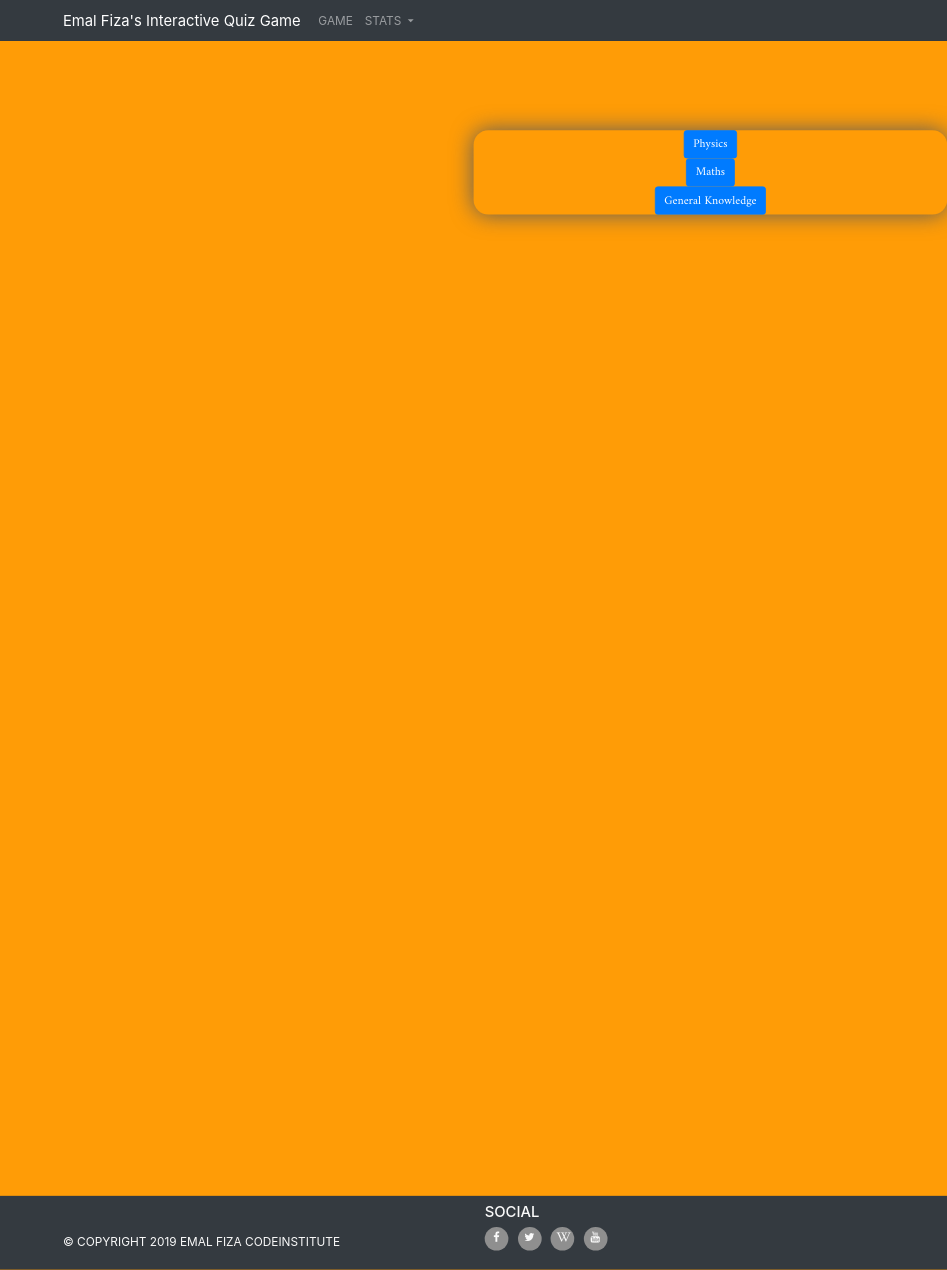
Repository: emalfiza/interactive-quiz-game
Page: index.html
The author's editor kept a record of every edit. The page is drawn from the files as they stood at one moment, then again after the next edit.
The browser window is 1280 px wide. The pictures show the whole page, at 74% of full size.
Some web fonts or font styles are not loaded; a fallback is used. Some web libraries are served in a nearby version.

Above is the page before.
Console error: TypeError: $(...).scrollspy is not a function

### index.html
<!DOCTYPE html>
<html lang="en">

<head>
    <meta charset="UTF-8">
    <meta name="viewport" content="width=device-width, initial-scale=1.0">
    <meta http-equiv="X-UA-Compatible" content="ie=edge">
    <!-- font awesome library -->
    <link rel="stylesheet" href="https://stackpath.bootstrapcdn.com/font-awesome/4.7.0/css/font-awesome.min.css" type="text/css">
    <!-- Bootstrap CDN -->
    <link rel="stylesheet" href="https://stackpath.bootstrapcdn.com/bootstrap/4.3.1/css/bootstrap.min.css" integrity="sha384-ggOyR0iXCbMQv3Xipma34MD+dH/1fQ784/j6cY/iJTQUOhcWr7x9JvoRxT2MZw1T" crossorigin="anonymous">
    <!-- local style sheet link to my css file comes after to make sure it render over bootstrap style -->
    <link rel="stylesheet" href="assets/css/style.css" type="text/css" />
    <title>Ineractive Quiz Game</title>
</head>

<body>
    <!-- Bootstrap navbar to hold the nav bar for the page -->
    <header>
        <nav id="mainNav" class="navbar navbar-expand-md bg-dark navbar-dark fixed-top">
            <div class="container">
                <a class="navbar-brand" href="#">Emal Fiza's Interactive Quiz Game</a>

                <!-- Toggler/collapsibe Button -->
                <button class="navbar-toggler" type="button" data-toggle="collapse" data-target="#collapsibleNavbar">
		        <span class="navbar-toggler-icon"></span>
		        </button>

                <!-- Navbar links -->
                <div class="collapse navbar-collapse" id="collapsibleNavbar">
                    <ul class="navbar-nav">
                        <li class="nav-item">
                            <a class="nav-link" href="game">GAME</a>
                        </li>
                        <li class="nav-item dropdown">
                            <a class="nav-link dropdown-toggle" data-toggle="dropdown" href="#">STATS
							<span class="caret"></span></a>
                            <ul class="dropdown-menu">
                                <li><a class="dropdown-item" href="#">Correct Answers</a></li>
                                <li><a class="dropdown-item" href="#">Incorrect Answers</a></li>
                            </ul>
                        </li>
                    </ul>
                </div>
            </div>
        </nav>
    </header>

    <!-- Main Bootstrap class padding 5 to hold the main content of the game -->
    <main class="pt-5">

        <!-- section to hold content for quiz game -->
        <section id="game" class="min-vw-100 min-vh-100">
            <!-- Bootsttrap predefined button class from the bootstarp ducomentation -->
            <div id="center">
                <button id="physics" type="button" class="btn btn-primary">Physics</button>
                <button id="maths" type="button" class="btn btn-primary">Maths</button>
                <button id="general" type="button" class="btn btn-primary">General Knowledge</button>
            </div>
            <div id="fullQuiz">
                <div>
                    <h1 id="heading1">TAKE THE QUIZ</h1>
                    <button id="startButton" type="button">Start!</button>
                </div>
                <div id="quizDiv">
                </div>
            </div>
        </section>

        <!-- section to hold content for stats of the game -->
        <section id="stats" class="min-vw-100 min-vh-100">

        </section>
    </main>

    <!--Footer html codes copy pasted from my Stream One Project: User-Centric Frontend Development - project-kabul Code Institute-->
    <footer class="container-fluid footer">
        <div class="container">
            <div class="row">
                <div class="col-sm-6">
                    <p class="uppercase general-sub special">&copy; Copyright 2019 Emal Fiza CodeInstitute</p>
                </div>
                <div class="col-sm-6">
                    <h5 class="uppercase general-sub">Social</h5>
                    <ul class="list-inline social-links">
                        <li class="list-inline-item">
                            <a target="_blank" href="https://www.facebook.com/places/Things-to-do-in-Kabul-Afghanistan/102164239825190/">
              <i class="fa fa-facebook" aria-hidden="true"></i>
              <span class="sr-only">Facebook</span>
            </a>
                        </li>
                        <li class="list-inline-item">
                            <a target="_blank" href="https://twitter.com/kabulnewstv">
              <i class="fa fa-twitter" aria-hidden="true"></i>
              <span class="sr-only">Twitter</span>
            </a>
                        </li>
                        <li class="list-inline-item">
                            <a target="_blank" href="https://en.wikipedia.org/wiki/Kabul">
              <i class="fa fa-wikipedia-w" aria-hidden="true"></i>
              <span class="sr-only">Wikipedia</span>
            </a>
                        </li>
                        <li class="list-inline-item">
                            <a target="_blank" href="https://www.youtube.com/watch?v=JuWQ4T8p5m0">
              <i class="fa fa-youtube" aria-hidden="true"></i>
              <span class="sr-only">YouTube</span>
            </a>
                        </li>
                    </ul>
                </div>
            </div>
        </div>

    </footer>

    <!-- Adding bootstrap javascript files and Jquery files -->
    <script src="https://code.jquery.com/jquery-3.4.1.min.js" integrity="sha256-CSXorXvZcTkaix6Yvo6HppcZGetbYMGWSFlBw8HfCJo=" crossorigin="anonymous">
    </script>
    <script src="https://cdnjs.cloudflare.com/ajax/libs/popper.js/1.14.7/umd/popper.min.js" integrity="sha384-UO2eT0CpHqdSJQ6hJty5KVphtPhzWj9WO1clHTMGa3JDZwrnQq4sF86dIHNDz0W1" crossorigin="anonymous">
    </script>
    <script src="https://stackpath.bootstrapcdn.com/bootstrap/4.3.1/js/bootstrap.min.js" integrity="sha384-JjSmVgyd0p3pXB1rRibZUAYoIIy6OrQ6VrjIEaFf/nJGzIxFDsf4x0xIM+B07jRM" crossorigin="anonymous">
    </script>
    <script src="https://code.jquery.com/jquery-3.1.0.js" integrity="sha256-slogkvB1K3VOkzAI8QITxV3VzpOnkeNVsKvtkYLMjfk=" crossorigin="anonymous">
    </script>
    <!-- Local JavaScript files links -->
    <script type="text/javascript" src="assets/js/main.js">
    </script>
    <script type="text/javascript" src="assets/js/questions.js">
    </script>
    <script type="text/javascript" src="assets/js/game.js">
    </script>
    <script type="text/javascript" src="assets/js/piechart.js">
    </script>
</body>

</html>

### assets/css/style.css
/*
▓█████  ███▄ ▄███▓ ▄▄▄       ██▓         █████▒██▓▒███████▒ ▄▄▄
▓█   ▀ ▓██▒▀█▀ ██▒▒████▄    ▓██▒       ▓██   ▒▓██▒▒ ▒ ▒ ▄▀░▒████▄
▒███   ▓██    ▓██░▒██  ▀█▄  ▒██░       ▒████ ░▒██▒░ ▒ ▄▀▒░ ▒██  ▀█▄
▒▓█  ▄ ▒██    ▒██ ░██▄▄▄▄██ ▒██░       ░▓█▒  ░░██░  ▄▀▒   ░░██▄▄▄▄██
░▒████▒▒██▒   ░██▒ ▓█   ▓██▒░██████▒   ░▒█░   ░██░▒███████▒ ▓█   ▓██▒
░░ ▒░ ░░ ▒░   ░  ░ ▒▒   ▓▒█░░ ▒░▓  ░    ▒ ░   ░▓  ░▒▒ ▓░▒░▒ ▒▒   ▓▒█░
 ░ ░  ░░  ░      ░  ▒   ▒▒ ░░ ░ ▒  ░    ░      ▒ ░░░▒ ▒ ░ ▒  ▒   ▒▒ ░
   ░   ░      ░     ░   ▒     ░ ░       ░ ░    ▒ ░░ ░ ░ ░ ░  ░   ▒
   ░  ░       ░         ░  ░    ░  ░           ░    ░ ░          ░  ░
                                                  ░


google font Amiri and Tomorrow imported from the google font the entire project*/

@import url('https://fonts.googleapis.com/css?family=Amiri:100,200,300,400,500,600,700|Tomorrow:100,200,300,400,500,600,700&display=swap');

/* Animation colour change css code copied from CodePen and slightly changed by myself */

body {
    animation: colorchange 45s infinite;
    /* animation-name followed by duration in seconds*/
    /* you could also use milliseconds (ms) or something like 2.5s */
    -webkit-animation: colorchange 45s infinite;
    /* Chrome and Safari */
}

@keyframes colorchange {
    0% {
        background: #ff0000;
    }
    25% {
        background: #ffc107;
    }
    50% {
        background: #0000ff;
    }
    75% {
        background: #008000;
    }
    100% {
        background: #ff0000;
    }
}

@-webkit-keyframes colorchange
/* Safari and Chrome - necessary duplicate */

    {
    0% {
        background: #ff0000;
    }
    25% {
        background: #ffc107;
    }
    50% {
        background: #0000ff;
    }
    75% {
        background: #008000;
    }
    100% {
        background: #ff0000;
    }
}

html,
body {
    margin: 0;
    padding: 0;
    overflow-x: hidden;
    /* to have smooth scroll effect */
    scroll-behavior: smooth;
}

/* Nav bar of the page */

/* to have the color changed when the scroltop() is greater than the height - main.js changes the color */

.scrolled {
    box-shadow: 0 .5rem 1rem grey;
    background-color: #ca2a67 !important;
    transition: background-color 400ms linear;
}

/* to toggle the color back with a smooth transition */

.fixed-top {
    transition: background-color 400ms linear;
}

.active {
    font-family: 'Amiri', sans-serif;
    font-weight: 700;
    color: white;
    transition: color 300ms linear, font-weight 300ms linear;
}

/* main content of the game page */

#center {
    position: relative;
    width: 50%;
    height: 25%;
    top: 50%;
    left: 25%;
    margin: auto;
    border-radius: 20px;
    width: 50%;
    display: flex;
    justify-content: center;
    flex-direction: column;
    margin-top: 10%;
    margin-left: 25%;
    border-radius: 20px;
    animation: newColorChange 50s infinite;
    -webkit-animation: newColorChange 50s infinite;
    /* Chrome and Safari */
}

@keyframes newColorChange {
    0% {
        border-color: white;
        box-shadow: 0 0 30px black;
    }
    50% {
        border-color: black;
        box-shadow: 0 0 30px white;
    }
}

@-webkit-keyframes newColorChange {
    0% {
        border: 5px solid white;
        box-shadow: 0 0 30px black;
    }
    50% {
        border: 5px solid black;
        box-shadow: 0 0 30px white;
    }
}


.btn-primary {
    font-family: 'Amiri', Sans-Serif;
    position: relative;
    margin: auto;
}

/* */

#fullQuiz {
    width: 50%;
    display: flex;
    justify-content: center;
    flex-direction: column;
    margin-top: 10%;
    margin-left: 25%;
    border-radius: 20px;
    animation: newColorChange 50s infinite;
    -webkit-animation: newColorChange 50s infinite;
    /* Chrome and Safari */
}

@keyframes newColorChange {
    0% {
        border-color: white;
        box-shadow: 0 0 30px black;
    }
    50% {
        border-color: black;
        box-shadow: 0 0 30px white;
    }
}

@-webkit-keyframes newColorChange {
    0% {
        border: 5px solid white;
        box-shadow: 0 0 30px black;
    }
    50% {
        border: 5px solid black;
        box-shadow: 0 0 30px white;
    }
}

#quizDiv {
    margin: 0 auto;
    text-align: center;
}

#quiz {
    text-align: center;
    font-family: 'Tomorrow', sans-serif;
    text-shadow: 1px 1px 1px black;
}

h1 {
    margin: 0 auto;
    text-align: center;
    font-family: 'Tomorrow', sans-serif;
    font-size: 60px;
    color: white;
    text-shadow: 1px 1px 1px black;
}


h2 {
    color: white;
    text-shadow: 1px 1px 1px black;
}

h3 {
    color: white;
    text-shadow: 1px 1px 1px black;
}

label {
    color: white;
    text-shadow: 1px 1px 1px black;
}


#questionDiv {
    margin: 0 auto;
    display: inline-block;
    padding-right: 20px;
}

input[type="radio"] {
    padding: 10px 10px;
}

#startButton {
    width: 20%;
    margin: 0 auto;
    height: 40px;
    border-radius: 4px;
    background-color: white;
    font-size: 16px;
    font-family: 'Amiri', sans-serif;
    box-shadow: 0 0 10px gray;
    margin-bottom: 40px;
}

#submitButton {
    margin-top: 40px;
    margin-bottom: 40px;
}

#startButton:focus {
    border-color: red;
}

/* Footer css codes copy pasted from my Stream One Project: User-Centric Frontend Development - project-kabul Code Institute */

footer {
    background-color: #343a40!important;
    color: #fafafa;
    min-height: 100px;
}

.footer {
    position: relative;
    left: 0;
    bottom: 0;
    width: 100%;
}

.uppercase {
    text-transform: uppercase;
}

/* --The font-family for the general-sub I copied from the bootsratp navbar "DevTool" of my home page
because I wanted my footer font family to match my navbar--*/

.general-sub {
    font-family: -apple-system, BlinkMacSystemFont, "Segoe UI", Roboto, "Helvetica Neue",
    Arial, "Noto Sans", sans-serif, "Apple Color Emoji", "Segoe UI Emoji", "Segoe UI Symbol", "Noto Color Emoji";
    margin-top: 10px;
}

.special {
    margin-left: 0px;
    margin-top: 50px;
}

.social-links {
    padding: 0;
}

.social-links li a i {
    position: relative;
    width: 32px;
    height: 32px;
    padding: 8px;
    border-radius: 50%;
    font-size: 15px;
    line-height: 12px;
    text-align: center;
    color: #fafafa;
    background-color: #8f8f8f;
    transition: all 0.40s ease-in-out;
    -moz-transition: all 0.40s ease-in-out;
    -webkit-transition: all 0.40s ease-in-out;
    -o-transition: all 0.40s ease-in-out;
}

.social-links li a i:hover {
    background-color: #252525;
}

### assets/js/main.js
$(function () {
  $(document).scroll(function () {
    var $nav = $(".fixed-top");
    $nav.toggleClass('scrolled', $(this).scrollTop() > $nav.height());
  });

});
/*
Got help from:
https://github.com/BlackrockDigital/startbootstrap-scrolling-nav/blob/master/js/scrolling-nav.js
*/
(function($) {
  "use strict"; // Start of use strict
  // Activate scrollspy to add active class to navbar items on scroll
  $('body').scrollspy({
    target: '#mainNav',
    offset: 56
  });

})(jQuery); // End of use strict


$(document).ready(function() {
    $.getJSON("assets/js/test.json", function(jsonObject) {
        console.log(jsonObject.quizTitle); // this will show the info it in firebug console
        console.log(jsonObject.questions[0].correctAnswer); // this will show the info it in firebug console
    });
});

### assets/js/game.js
var id = '';
var allQuestions = [];
var startOptions = $('#game>#center');
var totalScore = 0;
var questionNumber = 0;
var gameQuiz = $('#fullQuiz');
gameQuiz.hide();

$("button").click(function(){
    id = $(this).attr('id');
    startOptions.hide();
    gameQuiz.show();

    switch(id){

    case 'physics' :
        allQuestions = physicsQuestions;
        break;

    case 'maths' :
        allQuestions = mathsQuestions;
        break;
    case 'general' :
        allQuestions = generalQuestions;
        break;
    }
});


var correct = function () {
	totalScore += 1;
	questionNumber += 1;
	$("#questionDiv").remove();
	$("#quizDiv").append("<h3 id='correct'>That's Correct!</h3>");
	$("#correct").append("<p>Your score is " + totalScore)
	$("#correct").append("<button id='nextButton'>Next Question</button>");
	$("#nextButton").click(function(){
		$("#correct").remove();
		if(questionNumber === 10) {
			final();
		}
		else {
			question(questionNumber);
		}
	});
};

var incorrect = function () {
	questionNumber +=1;
	$("#questionDiv").remove();
	$("#quizDiv").append("<h3 id='incorrect'>Sorry, that's incorrect!</h3>");
	$("#incorrect").append("<p>Your score is " + totalScore)
	$("#incorrect").append("<button id='nextButton'>Next Question</button>");
	$("#nextButton").click(function(){
		$("#incorrect").remove();
		if(questionNumber === 10) {
			final();
		} else {
			question(questionNumber);
		}
	});
};

var back = function () {
  if (questionNumber > 0) {
    questionNumber -= 1;
    $("#questionDiv").remove();
    question(questionNumber);
  } else {
    alert("This is the first question!");
  }
};

var final = function() {
	if (totalScore >= 10) {

		$("#quizDiv").append("<h3>Congratulations! Your final score was " + totalScore + "</h3>")
	}
	else {
		$("#quizDiv").append("<h3>Sorry! Your final score was only " + totalScore + "</h3>")
	}
};

var question = function (i) {
	$("#quizDiv").append("<div id='questionDiv'></div>");
	$("#questionDiv").append("<h2>Question " + (i + 1) + "</h1>");
	$("#questionDiv").append("<h3>" + allQuestions[i].question + "</h3>");
	$("#questionDiv").append("<input type = 'radio' name='questionChoices' value ='" + allQuestions[i].choices[0] + "'>" + "</input>");
	$("#questionDiv").append("<label for = " + allQuestions[i].choices[0] + ">" + allQuestions[i].choices[0] + "&nbsp;" + "</label>")
	$("#questionDiv").append("<input type = 'radio' name='questionChoices' value = '" + allQuestions[i].choices[1] + "'>" + "</input>");
	$("#questionDiv").append("<label for = " + allQuestions[i].choices[1] + ">" + allQuestions[i].choices[1] + "&nbsp;" + "</label>")
	$("#questionDiv").append("<input type = 'radio' name='questionChoices' value = '" + allQuestions[i].choices[2] + "'>" + "</input>");
	$("#questionDiv").append("<label for = " + allQuestions[i].choices[2] + ">" + allQuestions[i].choices[2] + "&nbsp;" + "</label>")
	$("#questionDiv").append("<input type = 'radio' name='questionChoices' value = '" + allQuestions[i].choices[3] + "'>" + "</input>");
	$("#questionDiv").append("<label for = " + allQuestions[i].choices[3] + ">" + allQuestions[i].choices[3] + "&nbsp;" + "</label>" + "</br>")
	$("#questionDiv").append("<button id='backButton'>Back</button>" + "<button id='submitButton'>Submit</button>");
  $("#backButton").click(function() {
    back();
  });
	$("#submitButton").click(function() {
		if($('input:radio[name=questionChoices]:checked').val() === allQuestions[i].answer) {
			correct();
		}
   else if (!$('input:radio[name=questionChoices]').is(':checked') ) {
		  alert("Please insert a value!");
		}
		else {
			incorrect();
		}
	});
};

$(document).ready(function() {
	$("#startButton").click(function() {
		$(this).hide();
		question(questionNumber);
	});
});

### assets/js/piechart.js
/**
 * LightningChartJS example that shows the creation of a Pie Chart.
 */
// Import LightningChartJS
const lcjs = require('@arction/lcjs');

// Extract required parts from LightningChartJS.
const {
  lightningChart,
  PieChartTypes,
  LegendBoxBuilders,
  SliceLabelFormatters,
  SolidFillPalette,
  ColorPalettes
} = lcjs;

const pie = lightningChart().Pie({ type: PieChartTypes.LabelsOnSides })
.setTitle('Project Time Division')
.setAnimationsEnabled(true)
.setMultipleSliceExplosion(true);

// ----- User defined data -----
const data = [
  {
    name: 'Planning',
    value: 40
  },
  {
    name: 'Development',
    value: 120
  },
  {
    name: 'Testing',
    value: 60
  },
  {
    name: 'Review',
    value: 24
  },
  {
    name: 'Bug Fixing',
    value: 90
  }
];

// ----- Create Slices -----
const slices = data.map((item) => pie.addSlice(item.name, item.value));

// Specify function which generates text for Slice Labels(LabelFormatter).
pie.setLabelFormatter(SliceLabelFormatters.NamePlusRelativeValue);

// ----- Add LegendBox -----
pie.addLegendBox(LegendBoxBuilders.VerticalLegendBox)
  .setPosition({ x: 0, y: 0 })
  .setOrigin({ x: -1, y: -1 })
  .setMargin({ bottom: 5, left: 5 })
  .add(pie);

// ----- Create fullSpectrum Palette for Pie (defines color of Slice filling) ----
const palette = SolidFillPalette(ColorPalettes.fullSpectrum, 5);
pie.setSliceFillStyle(palette);

Loaded but not shown: assets/js/questions.js (155 lines, source omitted)

After the next edit:
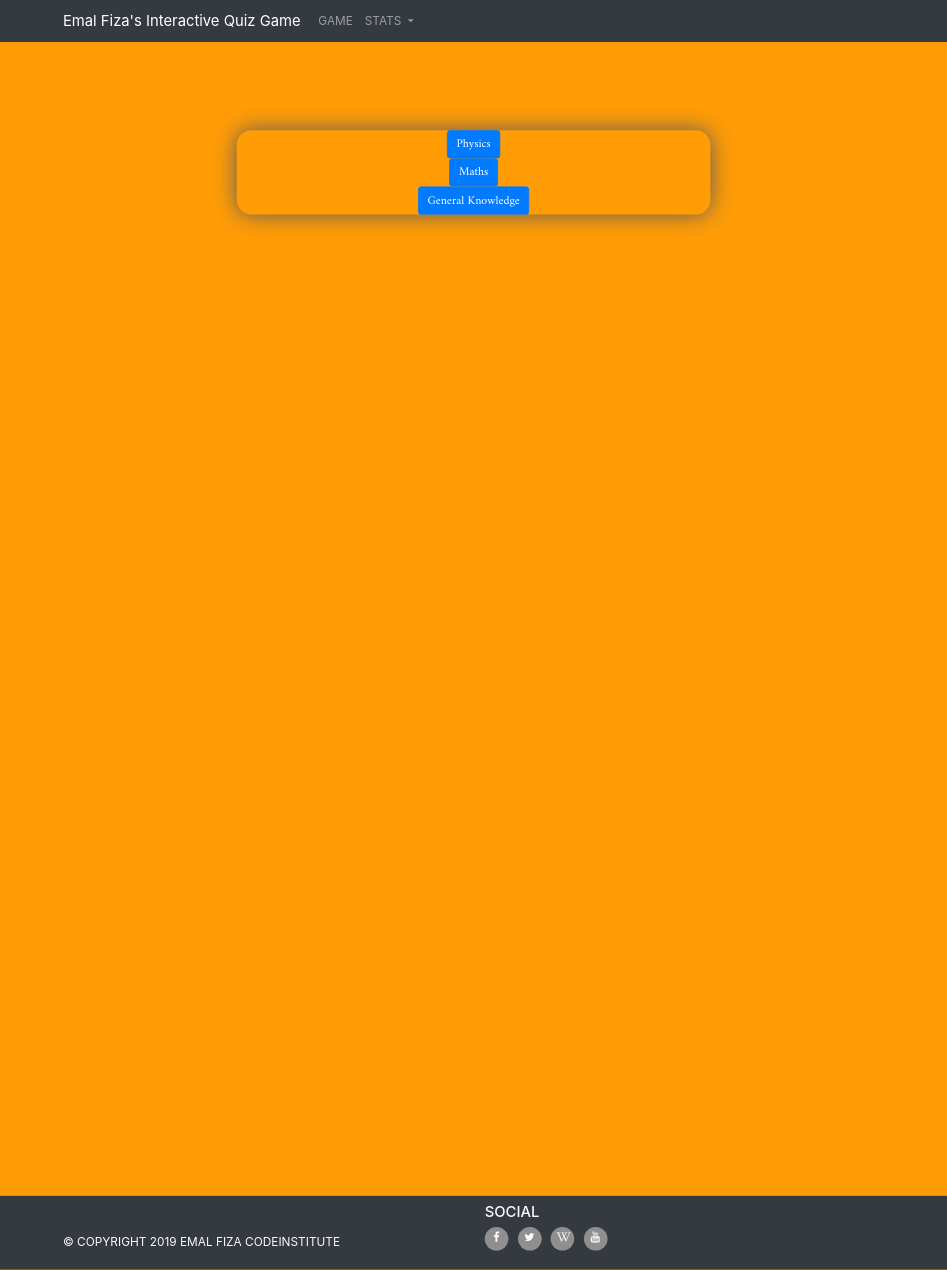
The edit:
--- a/assets/css/style.css
+++ b/assets/css/style.css
@@ -103,10 +103,8 @@
     width: 50%;
     height: 25%;
     top: 50%;
-    left: 25%;
     margin: auto;
     border-radius: 20px;
-    width: 50%;
     display: flex;
     justify-content: center;
     flex-direction: column;
